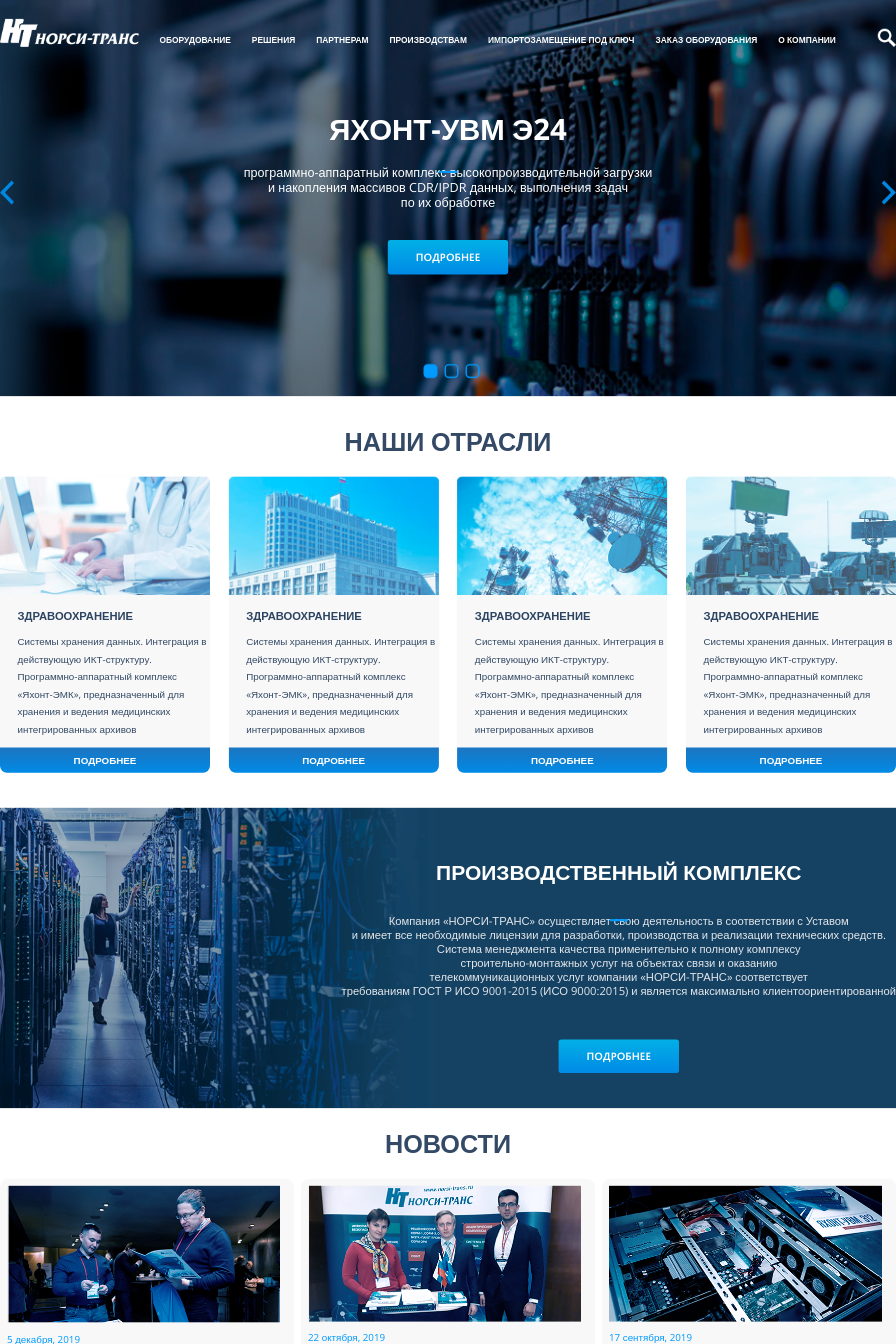
Repository: frostnn/testTaskBurbon
Page: app/index.html
These files come from the project's save history. The page is drawn as it stood at one moment and after the next save; the edit follows.
The browser window is 1280 px wide. The pictures show the part of the page from y = 0 to 1920 px (the page is 3350 px tall), at 70% of full size.
The style sheet was rebuilt from its Sass, Less or Tailwind sources for each picture, by a compiler version that may differ from the author's.

Above is the page before, as saved 2020-07-16 10:43:03.

After the next save:
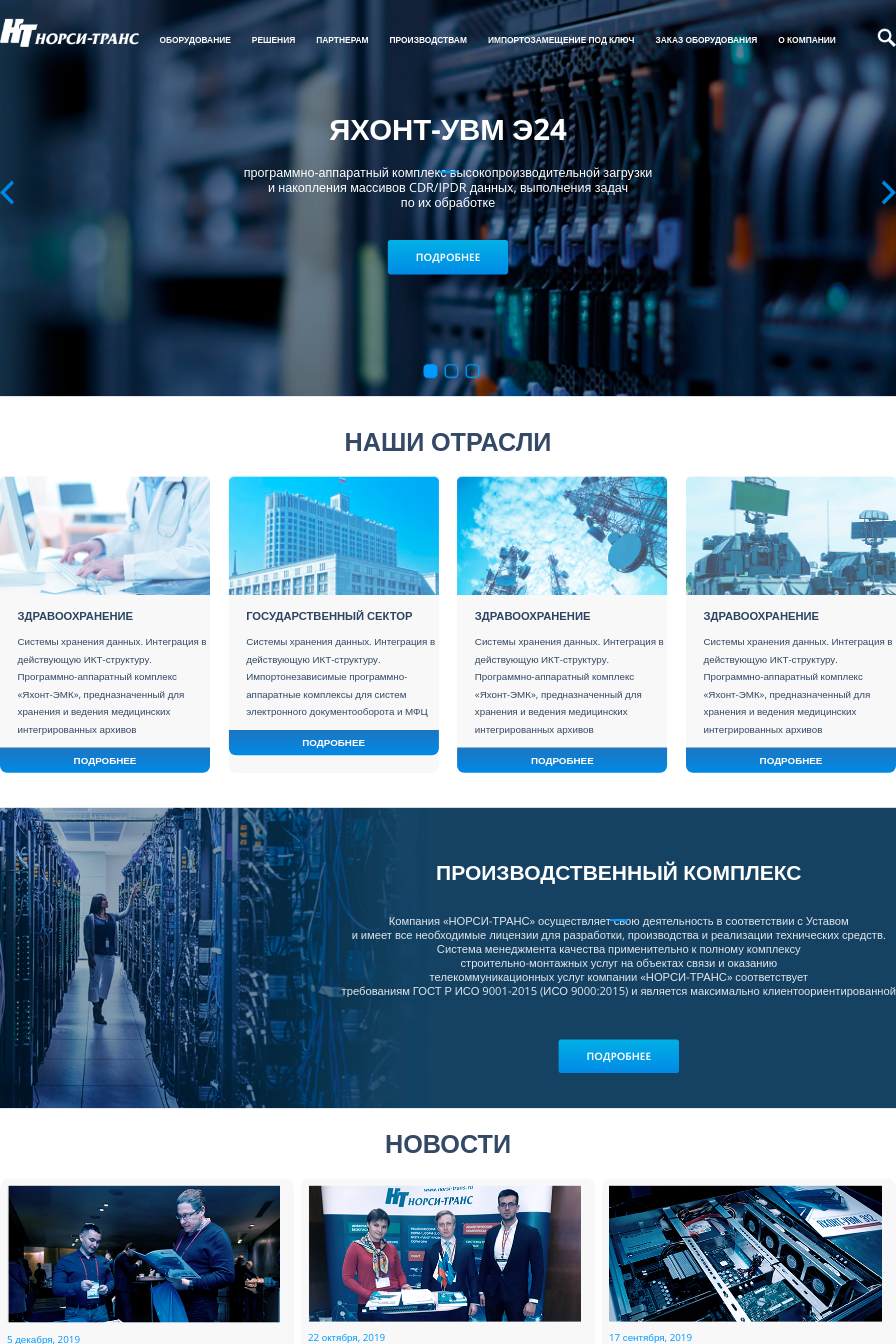
Saved 107 s later.
--- a/app/index.html
+++ b/app/index.html
@@ -90,11 +90,11 @@
       </div>
       <div class="industries-block__content">
         <img src="./img/gov.png" alt="government" class="industries-block__content-img">
-        <h3 class="industries-block__content-title">Здравоохранение</h3>
+        <h3 class="industries-block__content-title">Государственный сектор </h3>
         <p class="industries-block__content-text">
-          Системы хранения данных. Интеграция
-          в действующую ИКТ-структуру. Программно-аппаратный комплекс «Яхонт-ЭМК»,
-          предназначенный для хранения и ведения медицинских интегрированных архивов
+          Системы хранения данных. Интеграция в действующую ИКТ-структуру.
+          Импортонезависимые программно-аппаратные комплексы для
+          систем электронного документооборота и МФЦ
         </p>
         <a href="" class="industries-block__content-link">Подробнее</a>
       </div>
